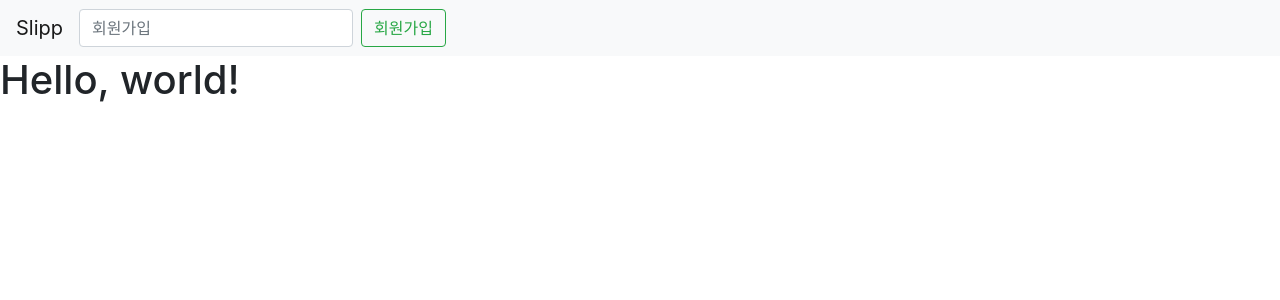
Repository: moonseoklee/SpringbootEx2
Page: my-slipp/src/main/resources/static/index.html
The author's editor kept a copy of each file at every save. The page is drawn from the files as they stood at one save, then again after the next save.
The browser window is 1280 px wide. The pictures show the whole page.

Above is the page before, as saved 2019-08-08 07:09:46.

### my-slipp/src/main/resources/static/index.html
<!doctype html>
<html lang="en">
  <head>
    <!-- Required meta tags -->
    <meta charset="utf-8">
    <meta name="viewport" content="width=device-width, initial-scale=1, shrink-to-fit=no">

    <!-- Bootstrap CSS -->
    <link rel="stylesheet" href="https://stackpath.bootstrapcdn.com/bootstrap/4.3.1/css/bootstrap.min.css" integrity="sha384-ggOyR0iXCbMQv3Xipma34MD+dH/1fQ784/j6cY/iJTQUOhcWr7x9JvoRxT2MZw1T" crossorigin="anonymous">

    <title>Hello, world!</title>
  </head>
  <body>
  <nav class="navbar navbar-expand-lg navbar-light bg-light">
  <a class="navbar-brand" href="#">Slipp</a>

  <div class="collapse navbar-collapse" id="navbarSupportedContent">

    <form class="form-inline my-2 my-lg-0">
      <input class="form-control mr-sm-2" type="search" placeholder="회원가입" aria-label="Search">
      <button class="btn btn-outline-success my-2 my-sm-0" type="submit">회원가입</button>
    </form>
  </div>
</nav>
    <h1>Hello, world!</h1>

    <!-- Optional JavaScript -->
    <!-- jQuery first, then Popper.js, then Bootstrap JS -->
    <script src="https://code.jquery.com/jquery-3.3.1.slim.min.js" integrity="sha384-q8i/X+965DzO0rT7abK41JStQIAqVgRVzpbzo5smXKp4YfRvH+8abtTE1Pi6jizo" crossorigin="anonymous"></script>
    <script src="https://cdnjs.cloudflare.com/ajax/libs/popper.js/1.14.7/umd/popper.min.js" integrity="sha384-UO2eT0CpHqdSJQ6hJty5KVphtPhzWj9WO1clHTMGa3JDZwrnQq4sF86dIHNDz0W1" crossorigin="anonymous"></script>
    <script src="https://stackpath.bootstrapcdn.com/bootstrap/4.3.1/js/bootstrap.min.js" integrity="sha384-JjSmVgyd0p3pXB1rRibZUAYoIIy6OrQ6VrjIEaFf/nJGzIxFDsf4x0xIM+B07jRM" crossorigin="anonymous"></script>
  </body>
</html>

After the next save:
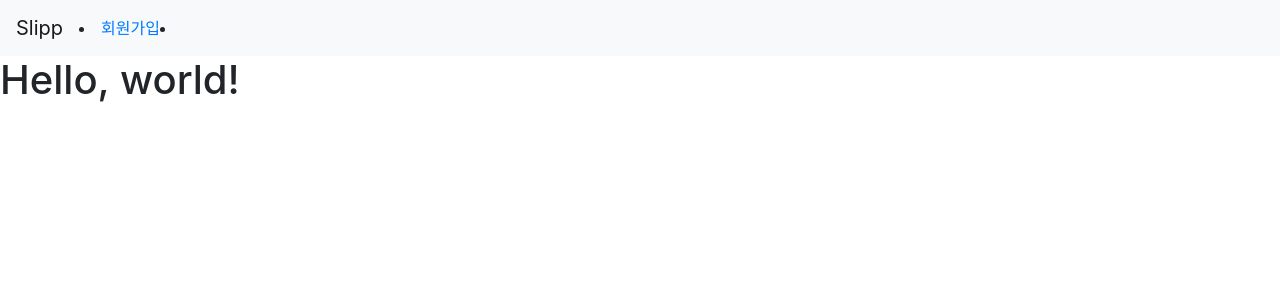
Saved 2 s later.
--- a/my-slipp/src/main/resources/static/index.html
+++ b/my-slipp/src/main/resources/static/index.html
@@ -15,11 +15,7 @@
   <a class="navbar-brand" href="#">Slipp</a>
 
   <div class="collapse navbar-collapse" id="navbarSupportedContent">
-
-    <form class="form-inline my-2 my-lg-0">
-      <input class="form-control mr-sm-2" type="search" placeholder="회원가입" aria-label="Search">
-      <button class="btn btn-outline-success my-2 my-sm-0" type="submit">회원가입</button>
-    </form>
+    <li><a href="/form.html">회원가입</a><li>
   </div>
 </nav>
     <h1>Hello, world!</h1>
